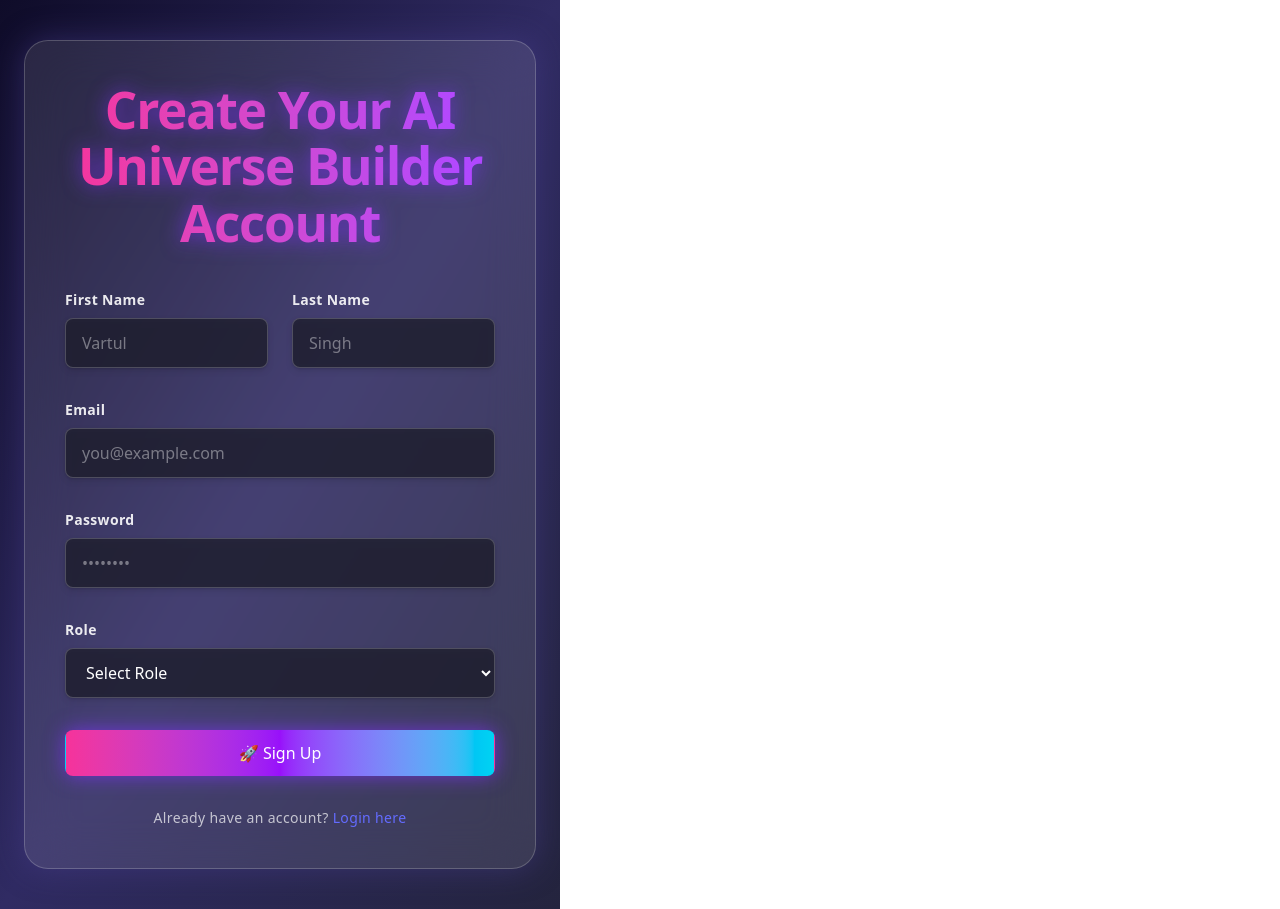
Repository: vartularora45/aiuniversebuilder
Page: /signup (app in frontend/)
These files come from the project's save history. The page is drawn as it stood at one moment and after the next save; the edit follows.
The browser window is 1280 px wide. The pictures show the whole page.
The project was rebuilt for these pictures with package versions that can differ from the ones it lists, and the page was loaded fresh each time. Also part of the build but not shown: frontend/vite.config.js, frontend/src/pages/LandingPage.jsx, frontend/src/pages/LoginPage.jsx.

Above is the page before, as saved 2025-08-02 21:26:02.

After the next save:
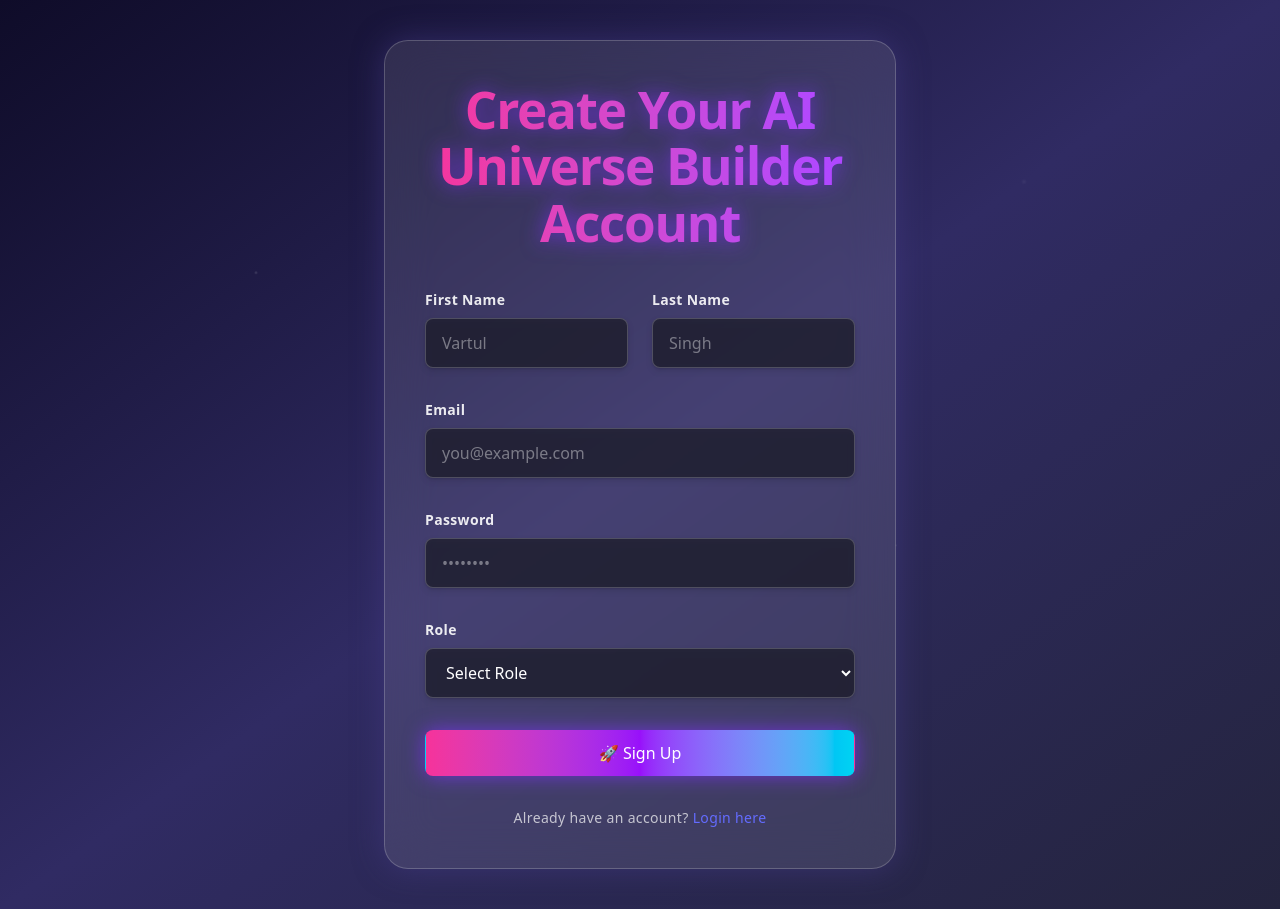
Saved 5 s later.
--- a/frontend/src/pages/SignupPage.jsx
+++ b/frontend/src/pages/SignupPage.jsx
@@ -2,7 +2,7 @@ import React from "react";
 
 const SignUpPage = () => {
   return (
-    <div className="min-h-screen m flex items-center justify-center bg-gradient-to-br from-[#0f0c29] via-[#302b63] to-[#24243e] px-6 py-10 relative overflow-hidden">
+    <div className="min-h-screen min-w-screen flex items-center justify-center bg-gradient-to-br from-[#0f0c29] via-[#302b63] to-[#24243e] px-6 py-10 relative overflow-hidden">
       {/* Background subtle animated stars */}
       <div
         aria-hidden="true"
